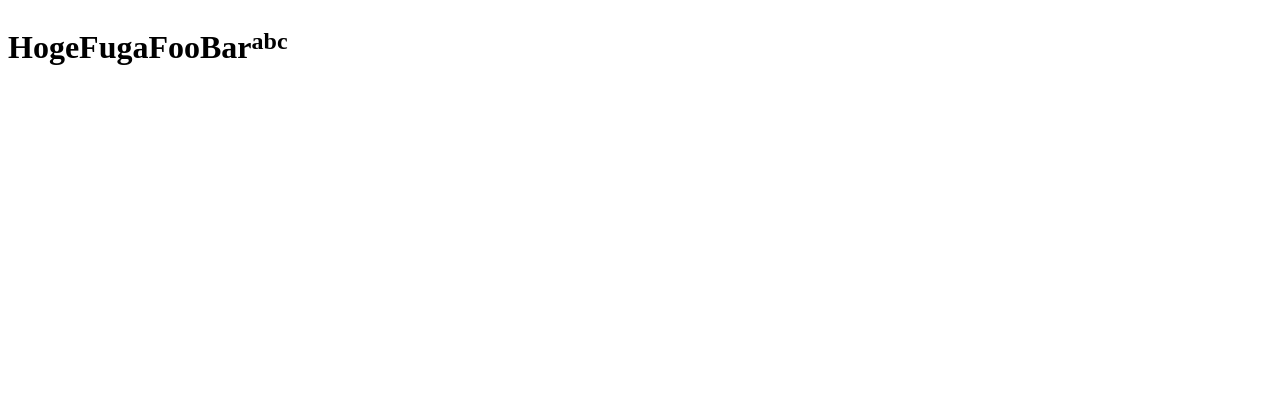
Repository: YN-program/samurai_HTML-CSS
Page: New Folder/Untitled1.html
The author's editor kept a record of every edit. The page is drawn from the files as they stood at one moment, then again after the next edit.
The browser window is 1280 px wide. The pictures show the whole page.

Above is the page before.

After the next edit:
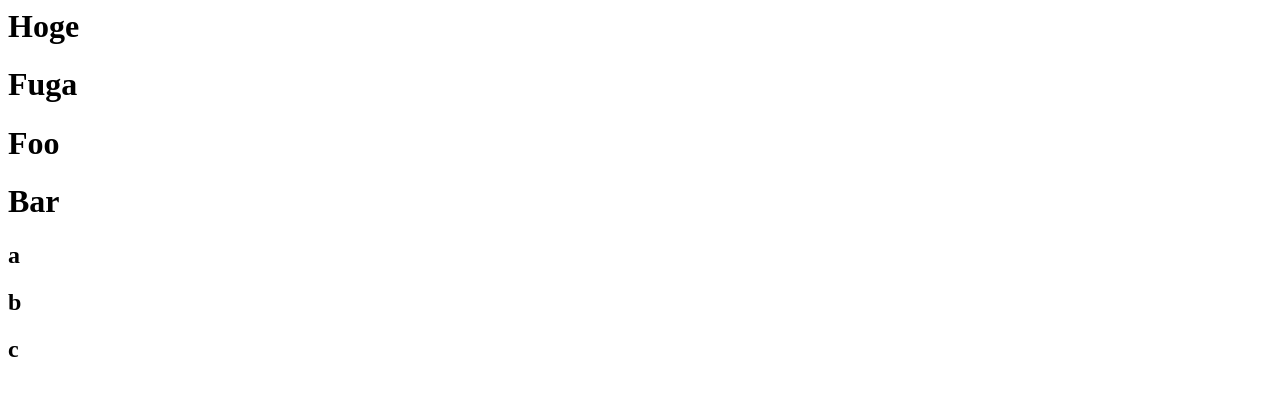
The edit:
--- a/New Folder/Untitled1.html
+++ b/New Folder/Untitled1.html
@@ -1,9 +1,9 @@
 <html lang="ja">
     <head>
         <style>
-            #stretch {
-                display: flex;
-                align-content: space-around;
+            #grid {
+                display: grid;
+               grid-template-columns: 200px 200px;
             }
         </style>
     </head>
